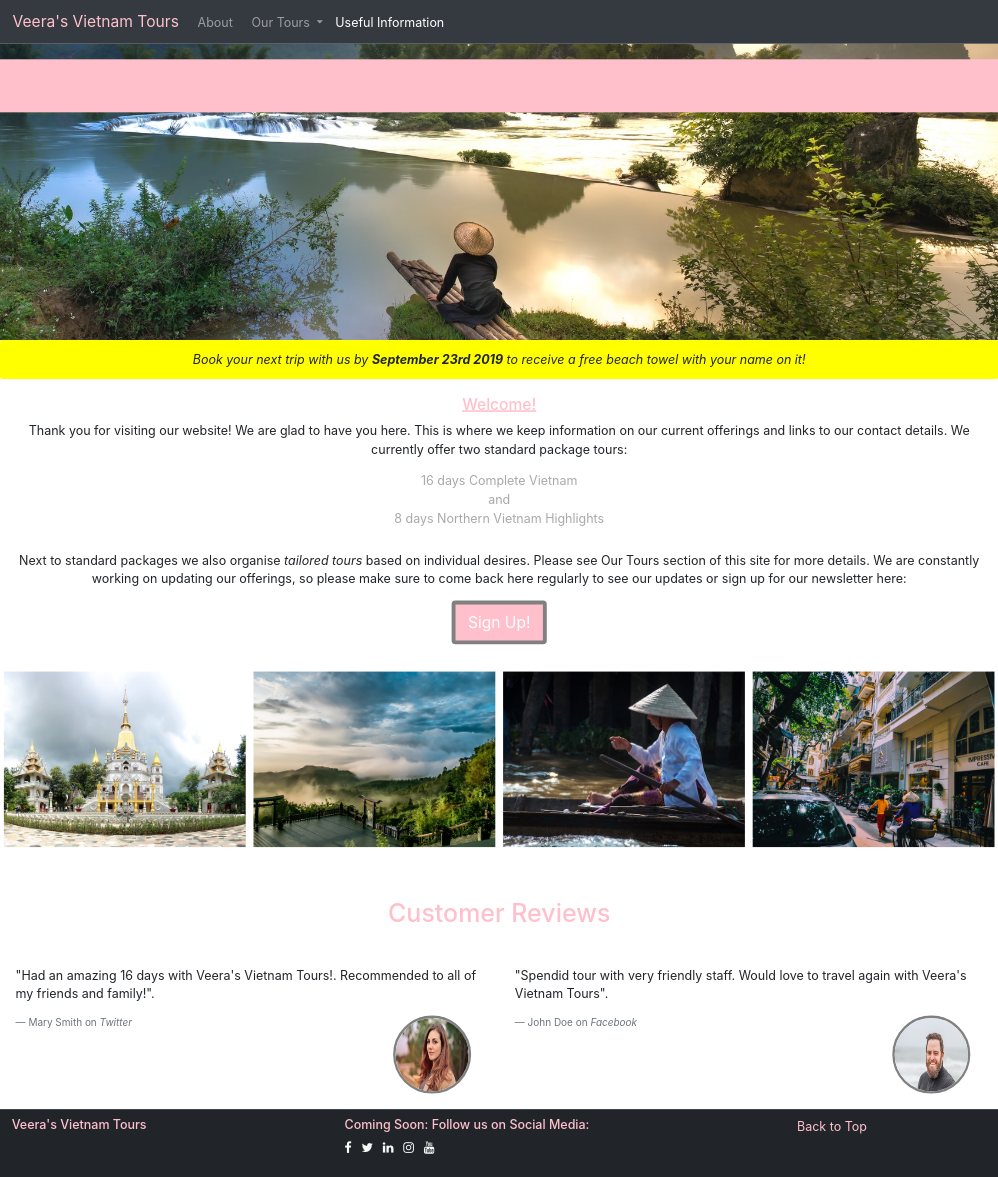
Repository: VAhola/VietnamTour
Page: index.html
The author's editor kept a record of every edit. The page is drawn from the files as they stood at one moment, then again after the next edit.
The browser window is 1280 px wide. The pictures show the whole page, at 78% of full size.

Above is the page before.

After the next edit:
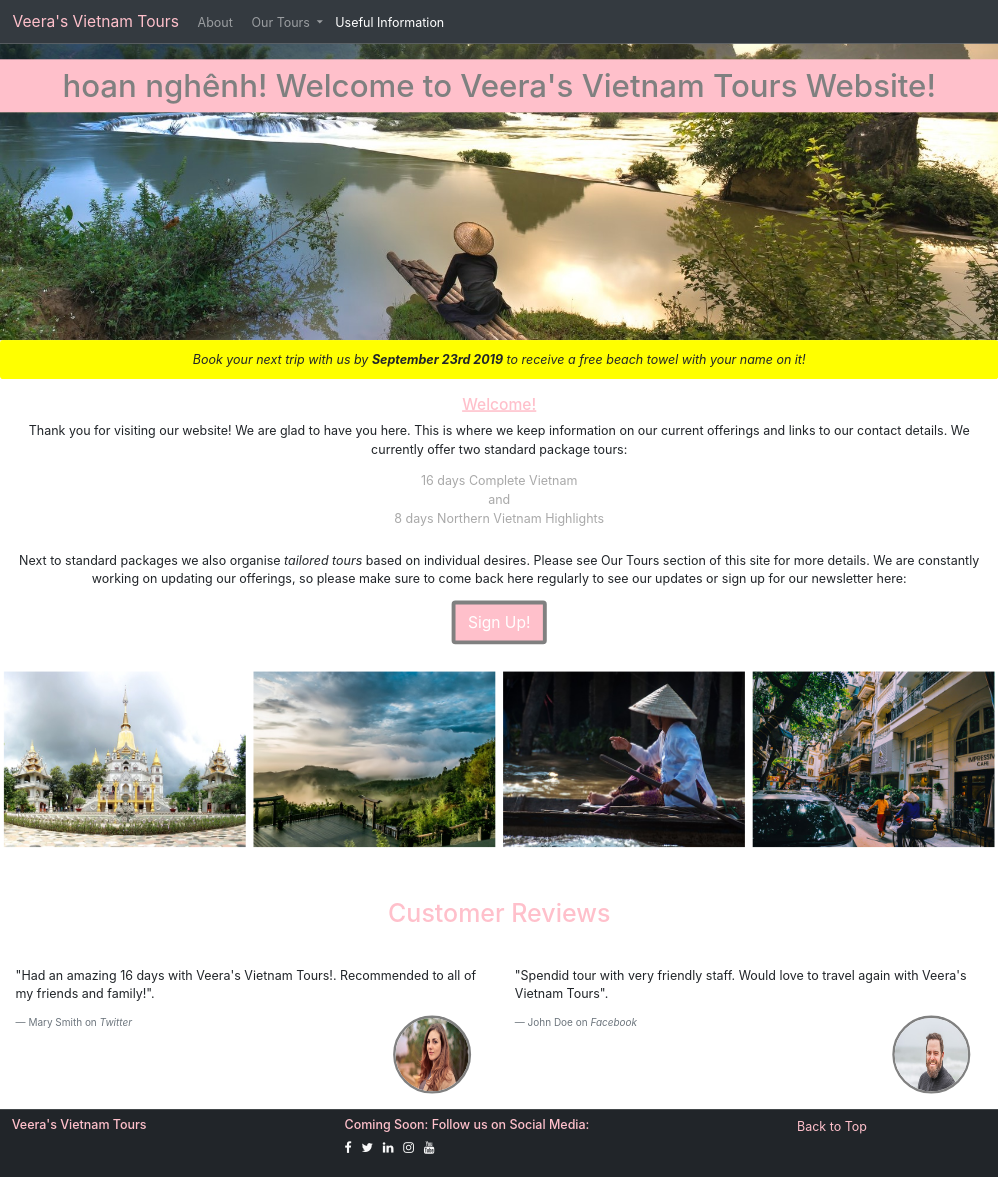
The edit:
--- a/style.css
+++ b/style.css
@@ -65,7 +65,8 @@
     padding-bottom:20px;
     padding-top: 20px;
 }
-h1, h2, h3{
+
+h2, h3{
     color: PINK;
     text-align: center;
     padding-bottom:20px;
